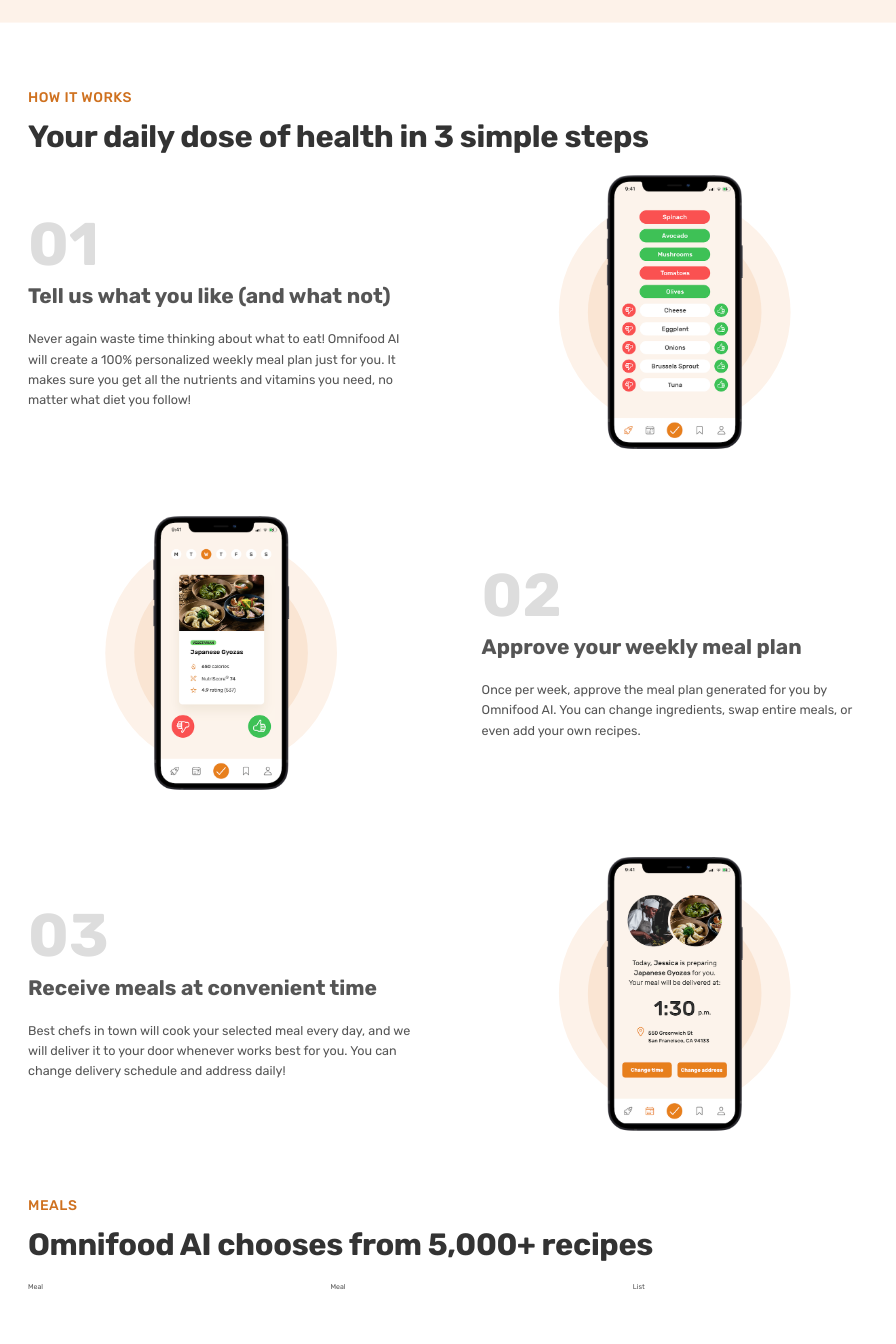
Repository: WefsCao/Omnifood
Page: index.html
These files come from the project's save history. The page is drawn as it stood at one moment and after the next save; the edit follows.
The browser window is 1280 px wide. The pictures show the part of the page from y = 786 to 2706 px (the page is 2725 px tall before and 3109 px after), at 70% of full size.

Above is the page before, as saved 2022-06-05 14:34:58.

After the next save:
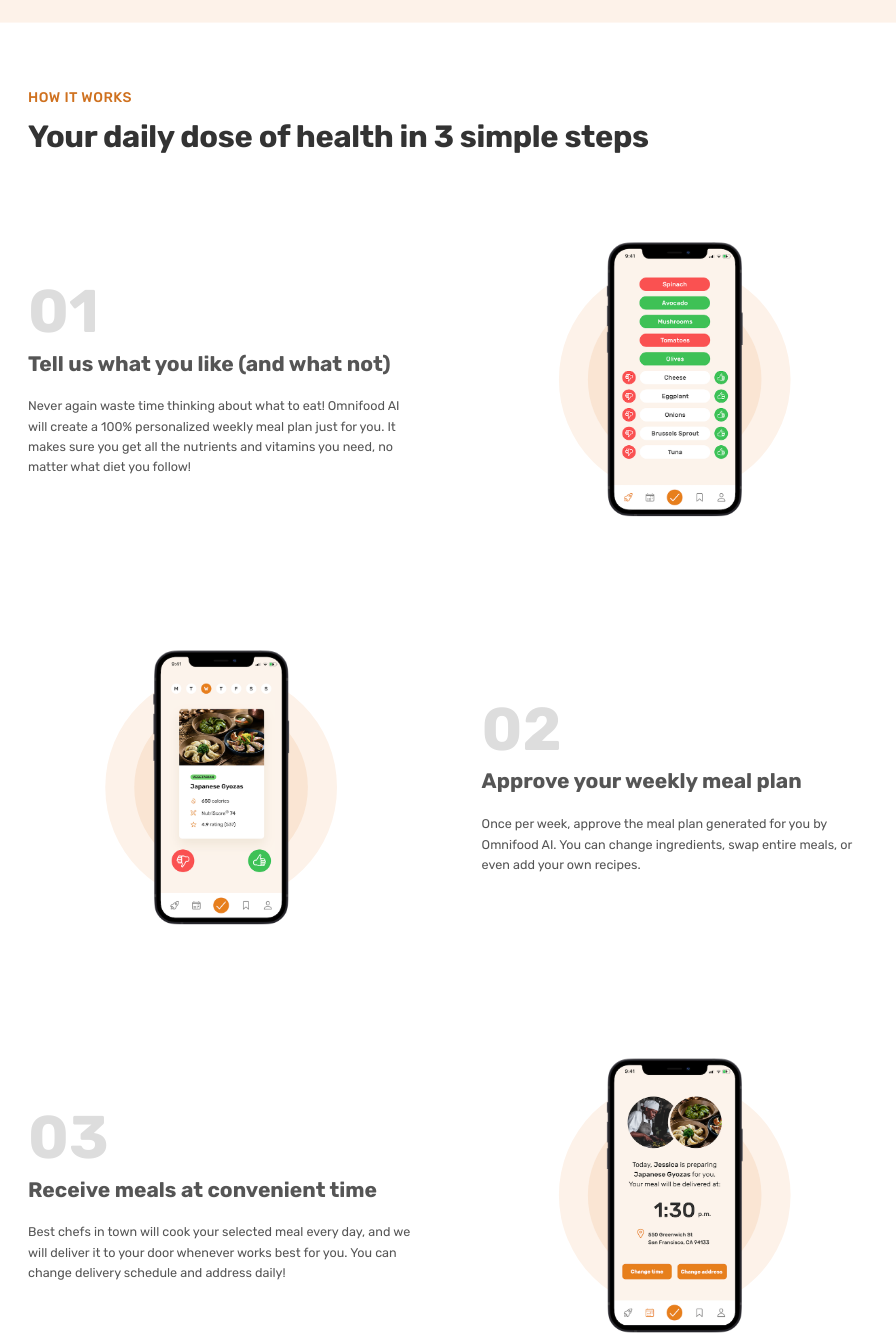
Saved 15 s later.
--- a/css/general.css
+++ b/css/general.css
@@ -79,7 +79,7 @@
   column-gap: 6.4rem;
   row-gap: 9.6rem;
   gap: 9.6rem;
-  padding-bottom: 9.6rem;
+  padding: 9.6rem 0;
 }
 .grid--2-cols {
   grid-template-columns: repeat(2, 1fr);
